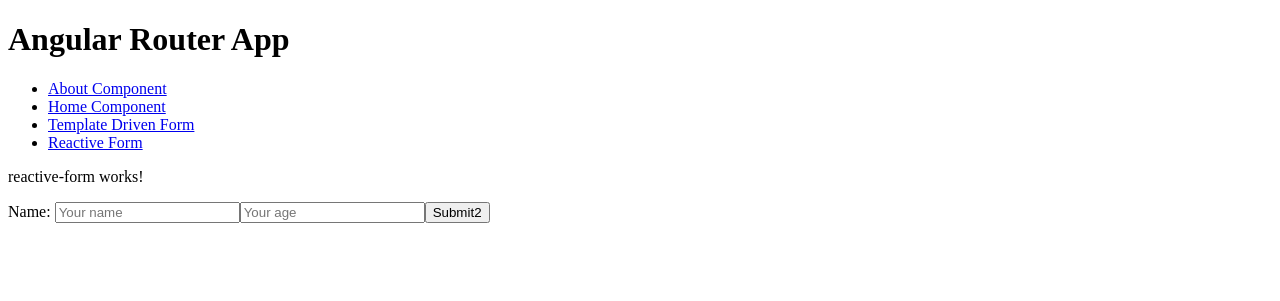
Repository: PhamTrungNguyen/Angular12
Page: /reactive (app in Angular/)
An editor plug-in stored every save of this project. The page is shown before and after the next save, followed by the edit.
The browser window is 1280 px wide. The pictures show the whole page.
The project was rebuilt for these pictures with package versions that can differ from the ones it lists, and the page was loaded fresh each time. Also part of the build but not shown: Angular/angular.json, Angular/src/app/template-driven-form/template-driven-form.component.ts, Angular/src/app/home/home.component.ts, Angular/src/app/about/about.component.ts, Angular/src/app/page-not-found/page-not-found.component.ts.

Above is the page before, as saved 2023-01-04 19:26:25.

### Angular/src/app/app.module.ts
import { NgModule } from '@angular/core';
import { BrowserModule } from '@angular/platform-browser';

import { AppRoutingModule } from './app-routing.module';
import { AppComponent } from './app.component';
import { HomeComponent } from './home/home.component';
import { AboutComponent } from './about/about.component';
import { FormsModule } from '@angular/forms';
import { OnSalePipe } from './on-sale.pipe';
import { PageNotFoundComponent } from './page-not-found/page-not-found.component';
import { HighlightDirective } from './Directives/highlight.directive';
import { TemplateDrivenFormComponent } from './template-driven-form/template-driven-form.component';
import { ReactiveFormComponent } from './reactive-form/reactive-form.component';
import { ReactiveFormsModule } from '@angular/forms';
@NgModule({
  declarations: [
    AppComponent,
    HomeComponent,
    AboutComponent,
    OnSalePipe,
    PageNotFoundComponent,
    HighlightDirective,
    TemplateDrivenFormComponent,
    ReactiveFormComponent,
  ],
  imports: [BrowserModule, AppRoutingModule, FormsModule, ReactiveFormsModule],
  providers: [],
  bootstrap: [AppComponent],
})
export class AppModule {}

### Angular/src/app/app-routing.module.ts
import { TemplateDrivenFormComponent } from './template-driven-form/template-driven-form.component';
import { HomeComponent } from './home/home.component';
import { AboutComponent } from './about/about.component';
import { PageNotFoundComponent } from './page-not-found/page-not-found.component';
import { NgModule } from '@angular/core';
import { RouterModule, Routes } from '@angular/router';
import { ReactiveFormComponent } from './reactive-form/reactive-form.component';

const routes: Routes = [
  { path: 'about', component: AboutComponent },
  { path: 'home', component: HomeComponent },
  { path: 'form', component: TemplateDrivenFormComponent },
  { path: 'reactive', component: ReactiveFormComponent },
  { path: '', component: HomeComponent },
  { path: '**', component: PageNotFoundComponent },
];

@NgModule({
  imports: [RouterModule.forRoot(routes)],
  exports: [RouterModule],
})
export class AppRoutingModule {}

### Angular/src/app/on-sale.pipe.ts
import { Pipe, PipeTransform } from '@angular/core';

@Pipe({
  name: 'onSale',
})
export class OnSalePipe implements PipeTransform {
  transform(value: unknown, ...args: unknown[]): unknown {
    // console.log('my pipe', value);
    try {
      if (value) {
        return 'Đang hạ giá';
      }
    } catch (error) {}
    return null;
  }
}

### Angular/src/app/Directives/highlight.directive.ts
import { Directive, ElementRef, Input } from '@angular/core';

@Directive({
  selector: '[appHighlight]',
})
export class HighlightDirective {
  @Input() appHighlight = 'blue';
  constructor(private el: ElementRef) {}
  public ngOnInit(): void {
    // console.log('HighlightDirective', this.appHighlight);
    this.el.nativeElement.style.color = this.appHighlight;
  }
}

### Angular/src/app/reactive-form/reactive-form.component.ts
import { HomeService } from './../Service/home.service';
import { Component, OnInit } from '@angular/core';
import {
  FormBuilder,
  FormControl,
  FormGroup,
  Validators,
} from '@angular/forms';

@Component({
  selector: 'app-reactive-form',
  templateUrl: './reactive-form.component.html',
  styleUrls: ['./reactive-form.component.scss'],
})
export class ReactiveFormComponent {
  // myForm: FormGroup;
  // public formData: FormGroup = new FormGroup({
  //   name: new FormControl(''),
  //   age: new FormControl(''),

  // });
  public formData = this.fb.group({
    name: ['', Validators.required],
    age: ['', Validators.required],
  });
  get f() {
    return this.formData.controls;
  }
  constructor(private home: HomeService, private fb: FormBuilder) {}
  ngOnInit() {}
  public submitForm(): void {
    // console.log('Data:', this.formData.value);
    this.home.submitData(this.formData.value);
  }
}

### Angular/src/app/app.component.html
<h1>Angular Router App</h1>
<!-- This nav gives you links to click, which tells the router which route to use (defined in the routes constant in  AppRoutingModule) -->
<nav>
    <ul>
        <li>
            <a routerLink="/about" routerLinkActive="active" ariaCurrentWhenActive="page">About Component</a>
        </li>
        <li>
            <a routerLink="/home" routerLinkActive="active" ariaCurrentWhenActive="page">Home Component</a>
        </li>
        <li>
            <a routerLink="/form" routerLinkActive="active" ariaCurrentWhenActive="page">Template Driven Form</a>
        </li>
        <li>
            <a routerLink="/reactive" routerLinkActive="active" ariaCurrentWhenActive="page">Reactive Form</a>
        </li>
    </ul>
</nav>
<!-- The routed views render in the <router-outlet>-->
<router-outlet></router-outlet>

### Angular/src/app/Service/home.service.ts
import { Injectable } from '@angular/core';

@Injectable({
  providedIn: 'root',
})
export class HomeService {
  public counter = 10;
  constructor() {}
  public count(n: number): number {
    return n * n;
  }
  public submitData(data: any): void {
    console.log('Data :', data);
  }
}

### Angular/src/app/reactive-form/reactive-form.component.html
<p>reactive-form works!</p>

<form action="" [formGroup]="formData">
    Name:
    <input type="text" formControlName="name" placeholder="Your name" [ngClass]="{ 'is-invalid':f.name.errors }" />
    <div *ngIf="submitted && f.name.errors" class="invalid-feedback">
        <div *ngIf="f.name.errors.required">Fullname is required</div>
    </div>
    <!-- <div *ngIf="formData.get('name') ">
        Please provide a name.
    </div> -->
    <input type="text" formControlName="age" placeholder="Your age" />
    <!-- <button (click)="submitForm()">Submit</button> -->
    <button type="submit" (click)="submitForm()">Submit2</button>
</form>

Loaded but not shown: Angular/src/index.html (common file); Angular/src/styles.scss (common file); Angular/src/main.ts (common file); Angular/src/app/app.component.ts (common file); Angular/src/app/app.component.scss (no stored copy; drawn as an empty file); Angular/src/app/reactive-form/reactive-form.component.scss (no stored copy; drawn as an empty file)

After the next save:
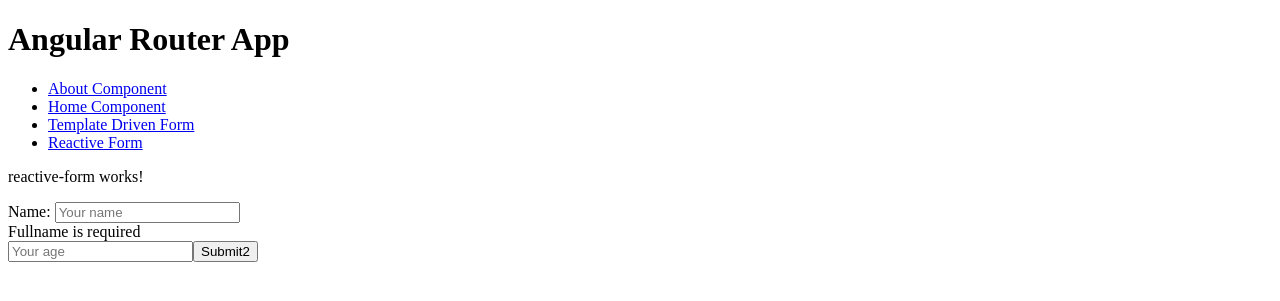
Saved 26 s later.
--- a/Angular/src/app/reactive-form/reactive-form.component.html
+++ b/Angular/src/app/reactive-form/reactive-form.component.html
@@ -3,7 +3,7 @@
 <form action="" [formGroup]="formData">
     Name:
     <input type="text" formControlName="name" placeholder="Your name" [ngClass]="{ 'is-invalid':f.name.errors }" />
-    <div *ngIf="submitted && f.name.errors" class="invalid-feedback">
+    <div *ngIf="  f.name.errors" class="invalid-feedback">
         <div *ngIf="f.name.errors.required">Fullname is required</div>
     </div>
     <!-- <div *ngIf="formData.get('name') ">
